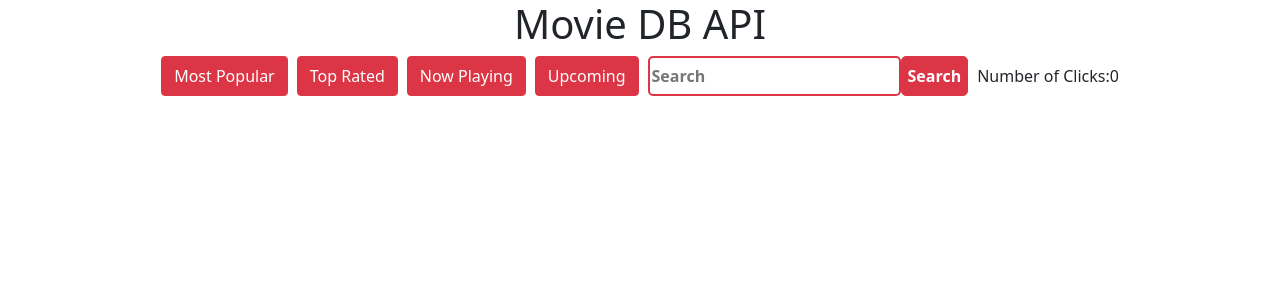
Repository: chaampavictor/moviedbapi
Page: /
An editor plug-in stored every save of this project. The page is shown before and after the next save, followed by the edit.
The browser window is 1280 px wide. The pictures show the whole page.
The page's requests for data from a server got no answer. The project was rebuilt for these pictures with package versions that can differ from the ones it lists, and the page was loaded fresh each time. No one was signed in, and anything a server would have sent is missing.

Above is the page before, as saved 2022-01-13 13:45:50.

After the next save:
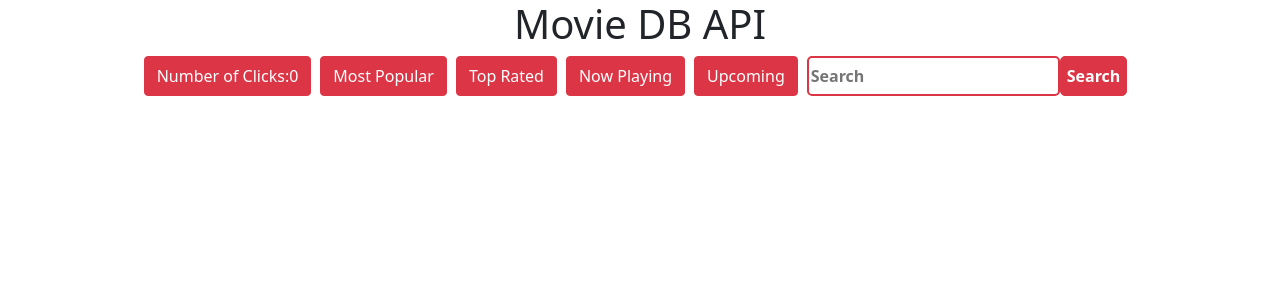
Saved 61 s later.
--- a/src/App.js
+++ b/src/App.js
@@ -101,6 +101,9 @@ function App() {
             marginBottom: "12px",
           }}
         >
+          <Button variant="danger" className="filterbutton">
+            Number of Clicks:{count}
+          </Button>
           <Button
             variant="danger"
             className="filterbutton"
@@ -143,7 +146,6 @@ function App() {
             </label>
             <input type="submit" value="Search" className="submitbutton" />
           </form>
-          Number of Clicks:{count}
         </div>
         <Modal
           dialogClassName="modal-90w"
